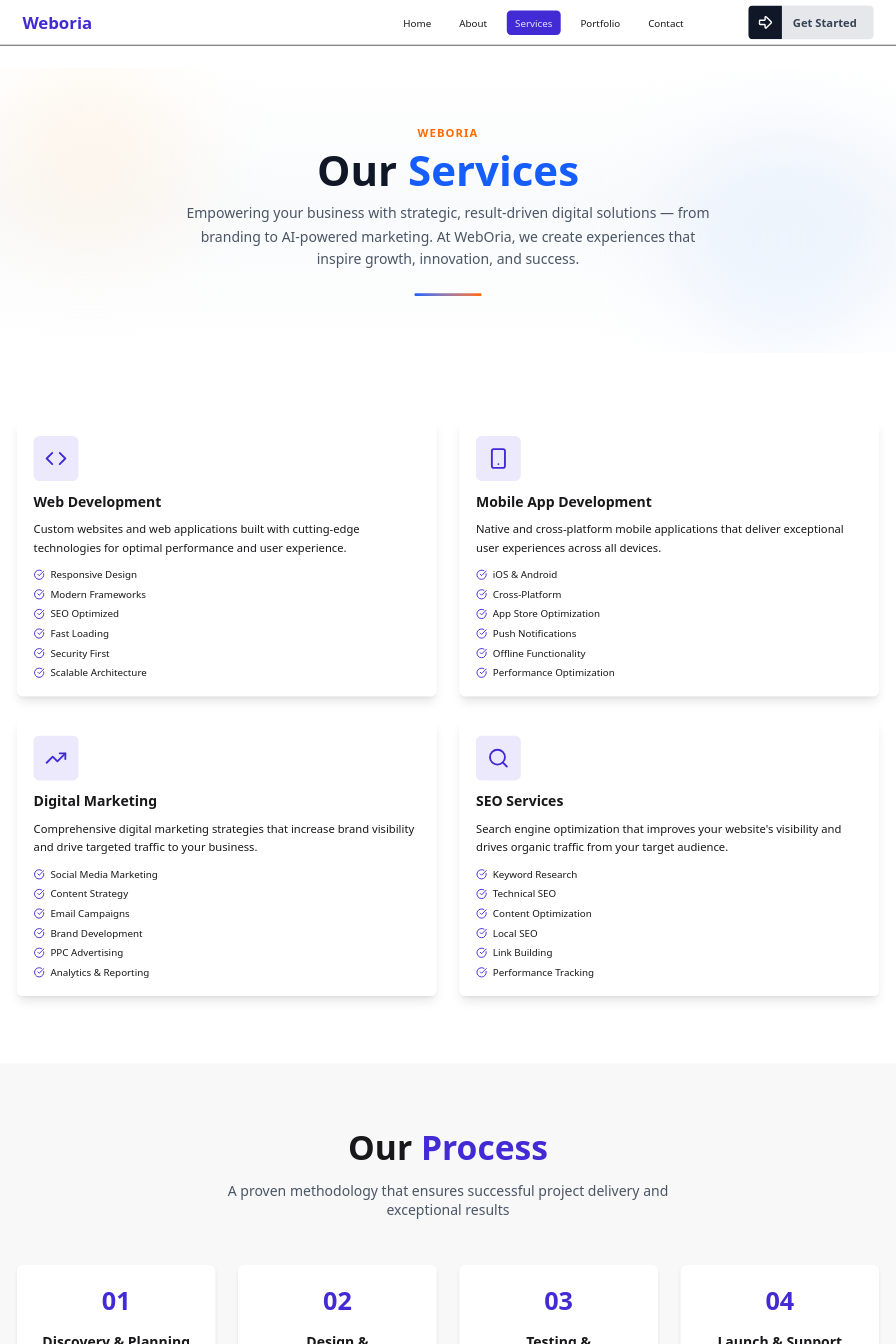
Repository: mdmuhibullahhabib/weboria
Page: /services
These files come from the project's save history. The page is drawn as it stood at one moment and after the next save; the edit follows.
The browser window is 1280 px wide. The pictures show the part of the page from y = 0 to 1920 px (the page is 3766 px tall before and 3670 px after), at 70% of full size.
The project was rebuilt for these pictures with package versions that can differ from the ones it lists, and the page was loaded fresh each time. The framework's server and built-in components were replaced by stand-ins that run in the browser. Also part of the build but not shown: next.config.mjs.

Above is the page before, as saved 2025-10-05 01:19:45.

After the next save:
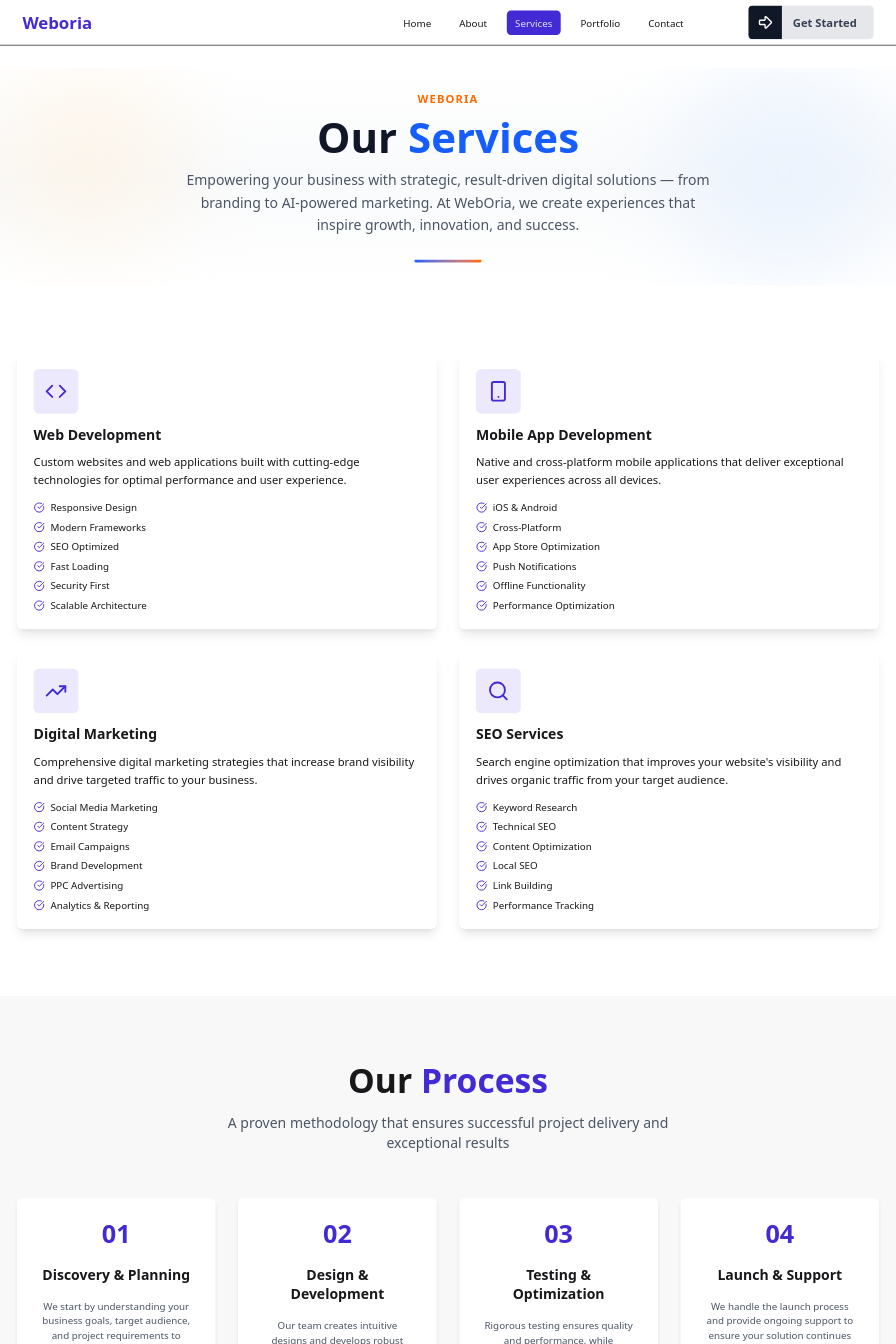
Saved 6 s later.
--- a/src/app/services/page.jsx
+++ b/src/app/services/page.jsx
@@ -67,7 +67,7 @@ export default function ServicesPage() {
   return (
     <div className="min-h-screen pt-8">
 
-     <section className="py-20 bg-gradient-to-b from-white via-gray-50 to-white relative overflow-hidden">
+     <section className="py-8 bg-gradient-to-b from-white via-gray-50 to-white relative overflow-hidden">
       {/* Decorative Background Blobs */}
       <div className="absolute top-0 left-0 w-64 h-64 bg-orange-100 rounded-full blur-3xl opacity-40 animate-pulse"></div>
       <div className="absolute bottom-0 right-0 w-80 h-80 bg-blue-100 rounded-full blur-3xl opacity-40 animate-pulse"></div>
